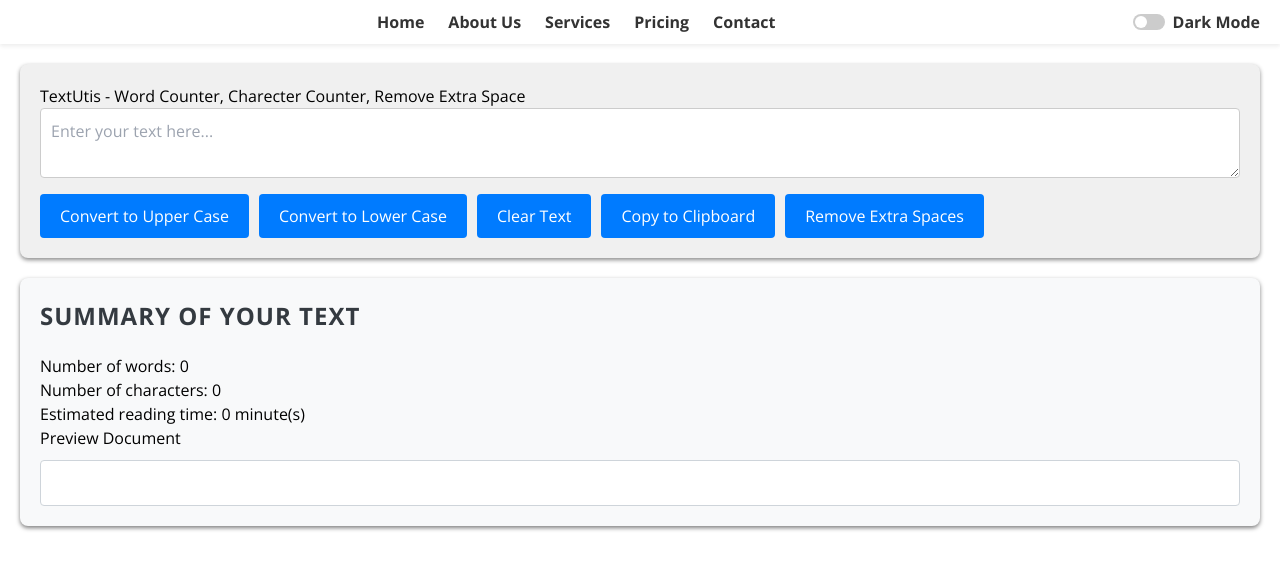
Repository: sriram1224/Text-converter
Page: /
An editor plug-in stored every save of this project. The page is shown before and after the next save, followed by the edit.
The browser window is 1280 px wide. The pictures show the whole page.
The project was rebuilt for these pictures with package versions that can differ from the ones it lists, and the page was loaded fresh each time. Also part of the build but not shown: src/App.css.

Above is the page before, as saved 2024-03-27 02:24:22.

After the next save:
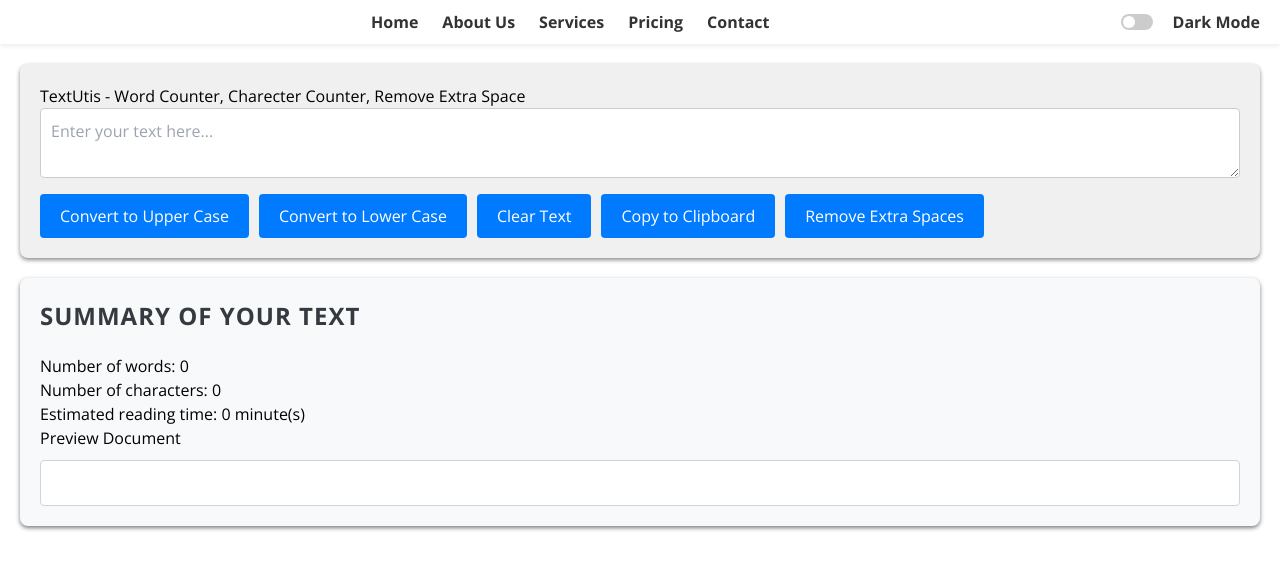
Saved 7 s later.
--- a/src/Navbar.css
+++ b/src/Navbar.css
@@ -83,7 +83,7 @@ nav{
     display: flex;
     align-items: center;
     cursor: pointer;
-    gap: 8px;
+    gap: 20px;
 }
 
 .toggle-track {
